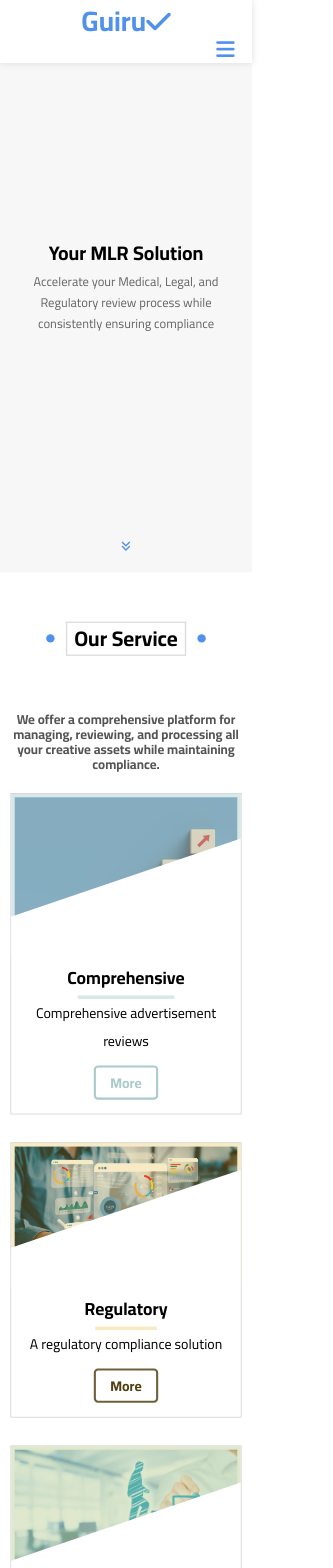
Repository: AsmaaAlothman/Templet-1-website
Page: home.html
An editor plug-in stored every save of this project. The page is shown before and after the next save, followed by the edit.
The browser window is 360 px wide. The page is 475 px wide, so the pictures cover 475 px, including what lies to the right of the window. The pictures show the part of the page from y = 0 to 2240 px (the page is 5009 px tall before and 4979 px after), at 70% of full size.

Above is the page before, as saved 2024-08-31 23:33:57.

After the next save:
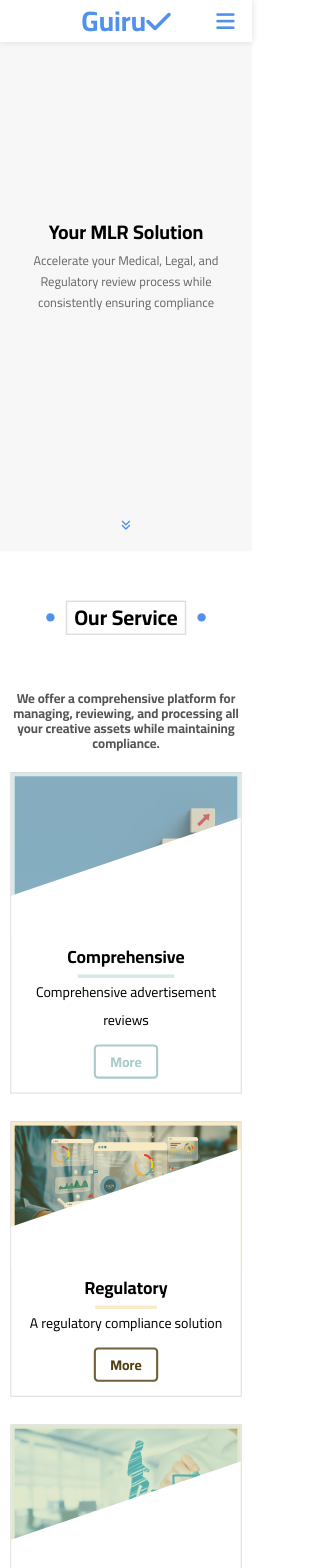
Saved 4 s later.
--- a/css/home.css
+++ b/css/home.css
@@ -280,7 +280,7 @@ img {
 @media (max-width:360px) {
     .check-btn {
         position: relative;
-        margin-top: ;
+        margin-top: -50px;
     }
 }
 
